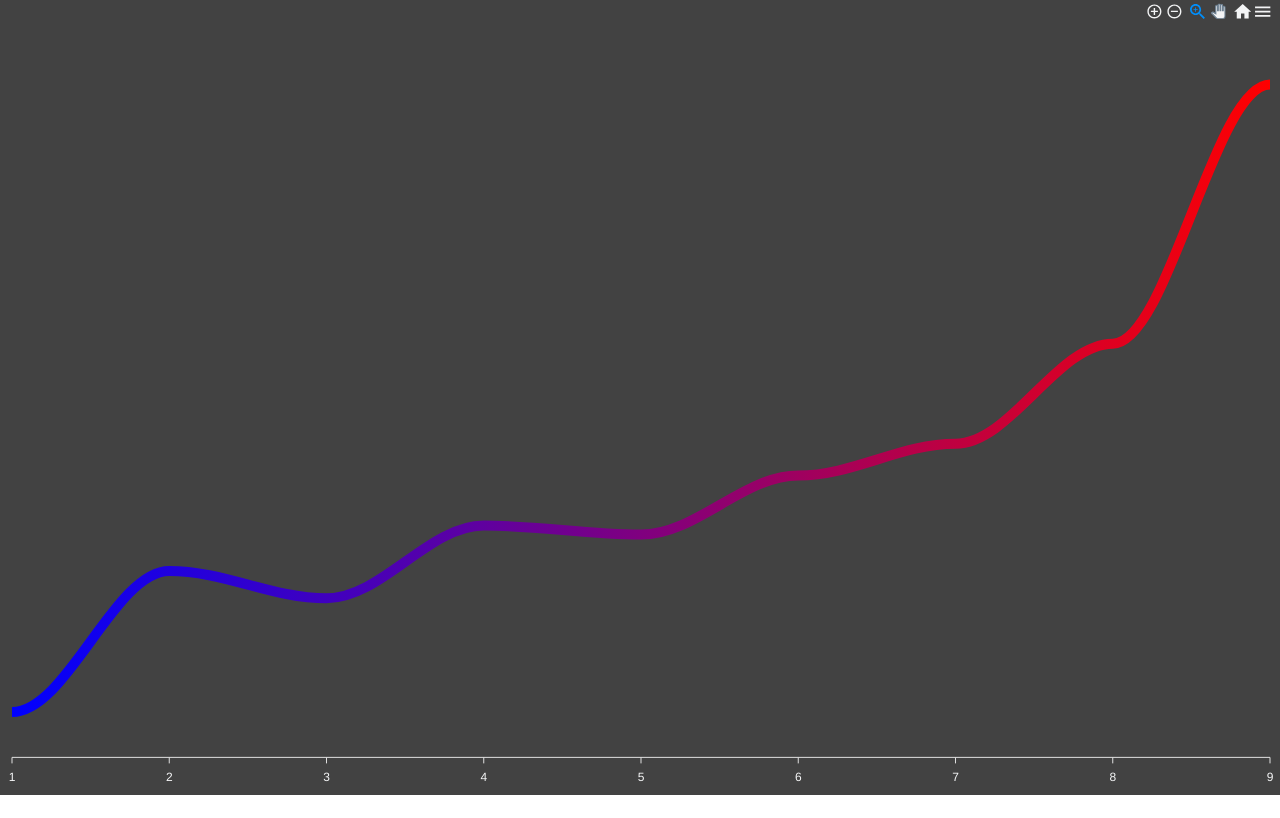
Repository: wanted-pre-onboarding-internship-1team/pre-onboarding-9th-3-1
Page: /
An editor plug-in stored every save of this project. The page is shown before and after the next save, followed by the edit.
The browser window is 1280 px wide. The pictures show the whole page.
The project was rebuilt for these pictures with package versions that can differ from the ones it lists, and the page was loaded fresh each time.

Above is the page before, as saved 2023-03-14 16:36:00.

### public/index.html
<!DOCTYPE html>
<html lang="en">

<head>
  <meta charset="utf-8" />
  <link rel="icon" href="%PUBLIC_URL%/favicon.ico" />
  <meta name="viewport" content="width=device-width, initial-scale=1" />
  <meta name="theme-color" content="#000000" />


  <title>React App</title>
</head>

<body>

  <div id="root"></div>

</body>

</html>

### src/index.tsx
import App from './App';
import './index.css';
import React from 'react';
import ReactDOM from 'react-dom/client';
import { BrowserRouter } from 'react-router-dom';

const root = ReactDOM.createRoot(
  document.getElementById('root') as HTMLElement
);
root.render(
  <BrowserRouter>
    <App />
  </BrowserRouter>
);

### src/App.tsx
import Router from './router/router';
import { createGlobalStyle } from 'styled-components';
import reset from 'styled-reset';

const GlobalStyle = createGlobalStyle`
  ${reset}
`;

function App() {
  return (
    <>
      <GlobalStyle />
      <Router />
    </>
  );
}

export default App;

### src/router/router.tsx
import Mainpage from '../pages/Mainpage';
import React from 'react';
import { Route, Routes } from 'react-router-dom';

export default function router() {
  return (
    <Routes>
      <Route path='/' element={<Mainpage />} />
    </Routes>
  );
}

### src/pages/Mainpage.tsx
import React from 'react';
import ApexCharts from 'react-apexcharts';

export default function Mainpage() {
  return (
    <div>
      <ApexCharts
        type='line'
        series={[
          {
            name: 'Desktops',
            data: [10, 41, 35, 51, 49, 62, 69, 91, 148],
          },
        ]}
        options={{
          theme: {
            mode: 'dark',
          },

          grid: { show: false },
          stroke: {
            curve: 'smooth',
            width: 10,
          },
          yaxis: {
            show: false,
          },

          fill: {
            type: 'gradient',
            gradient: { gradientToColors: ['blue'], stops: [0, 100] },
          },
          colors: ['red'],
        }}
      />
    </div>
  );
}

Loaded but not shown: src/index.css (common file)

After the next save:
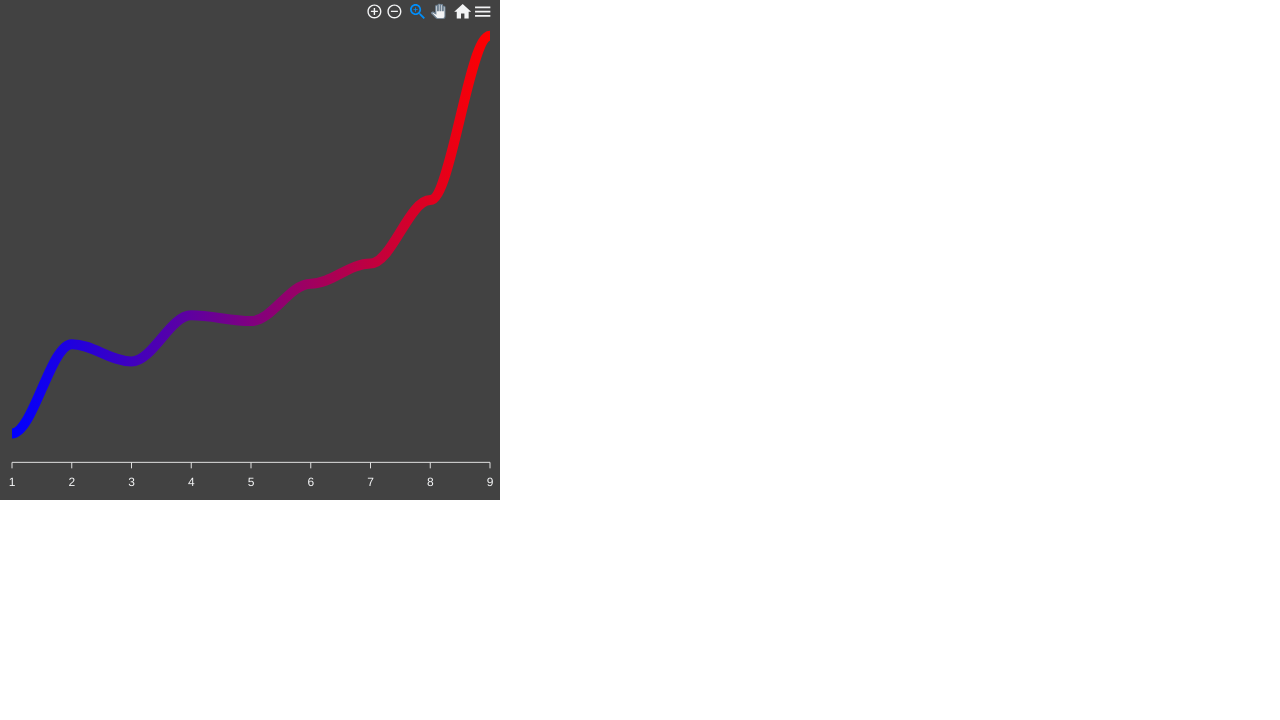
Saved 13 s later.
--- a/src/pages/Mainpage.tsx
+++ b/src/pages/Mainpage.tsx
@@ -5,6 +5,8 @@ export default function Mainpage() {
   return (
     <div>
       <ApexCharts
+        height='500'
+        width='500'
         type='line'
         series={[
           {
